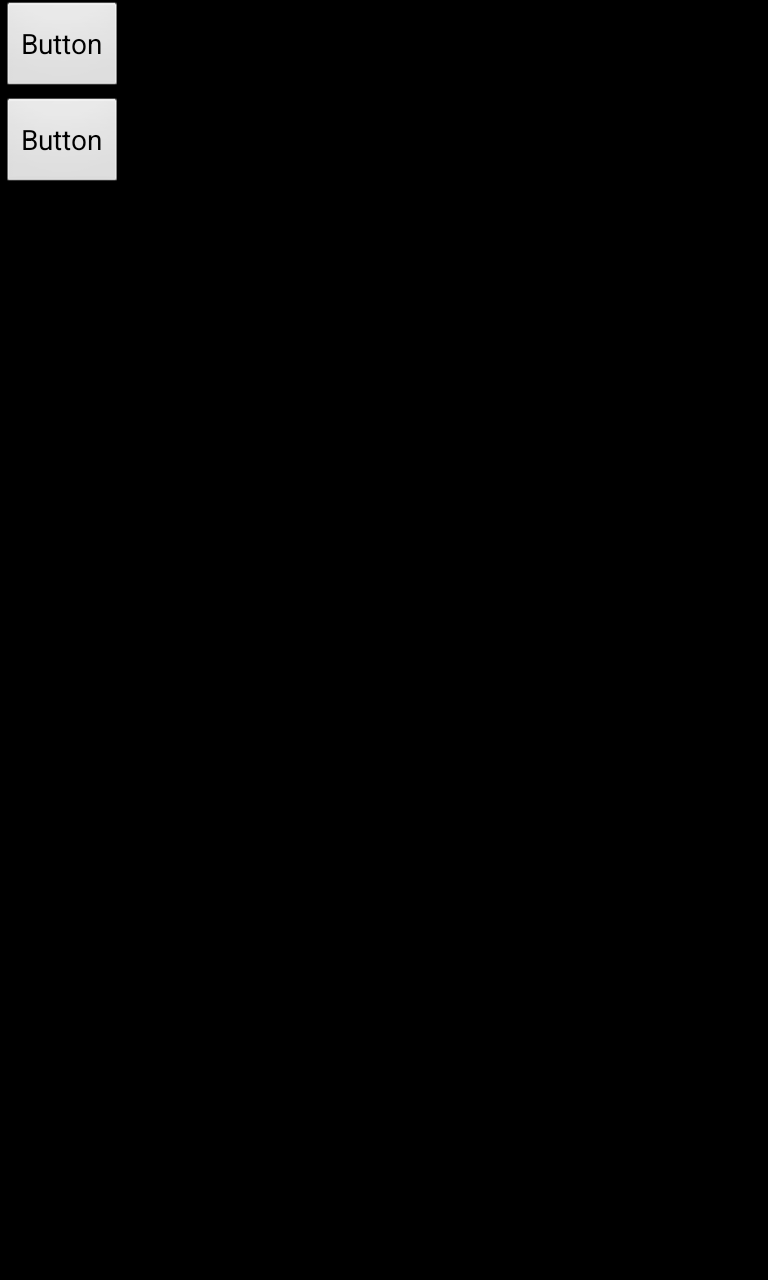
Repository: valleskeyp/IADHub
Layout: MGDGame-android/res/layout/main.xml
The author's editor kept a copy of each file at every save. The layout is drawn from the files as they stood at one save, then again after the next save.
It is drawn on a 768 x 1280 px phone screen (xhdpi) without system bars, with theme android:Theme.NoTitleBar.Fullscreen; the app's code is not run. Lists and similar views that code fills are empty.

Above is the layout before, as saved 2013-07-29 23:02:31.

After the next save:
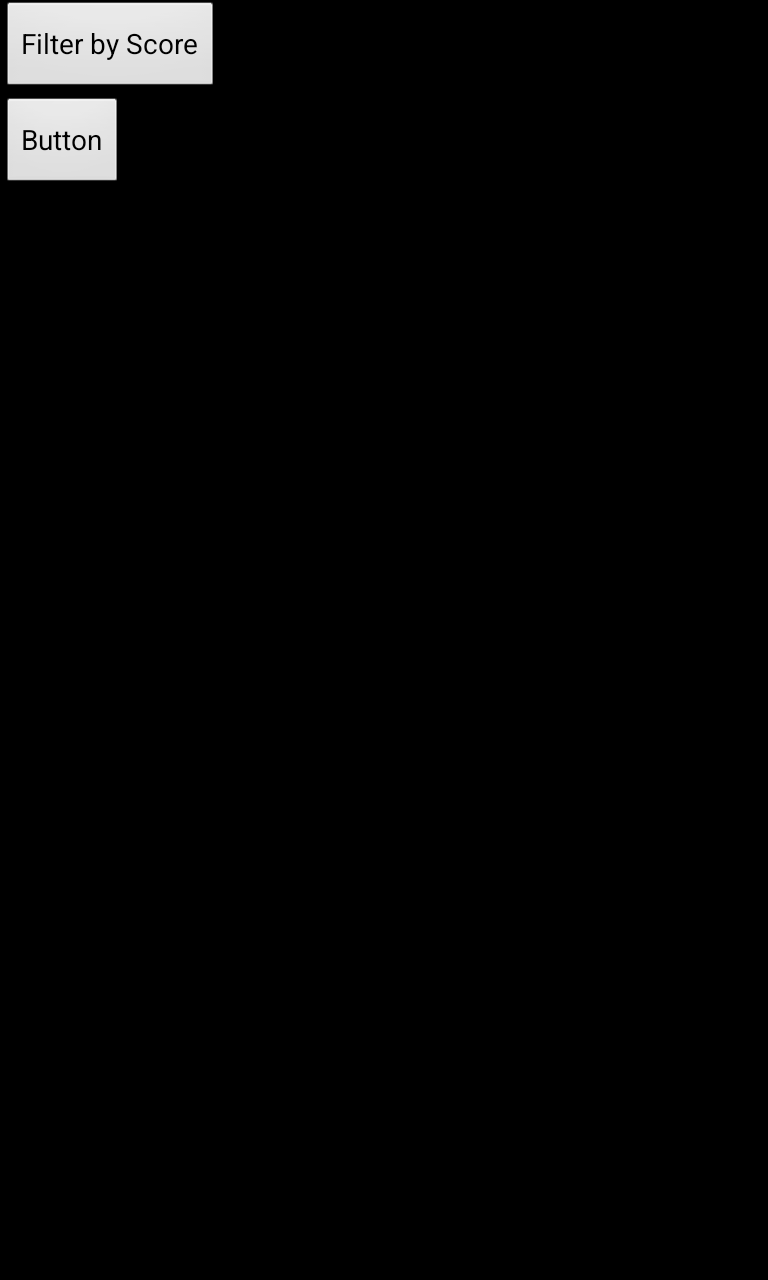
Saved 18 s later.
--- a/MGDGame-android/res/layout/main.xml
+++ b/MGDGame-android/res/layout/main.xml
@@ -13,7 +13,7 @@
 	        android:id="@+id/filterScore"
 	        android:layout_width="wrap_content"
 	        android:layout_height="wrap_content"
-	        android:text="Button" />
+	        android:text="Filter by Score" />
 
 	    <Button
 	        android:id="@+id/filterLevel"
